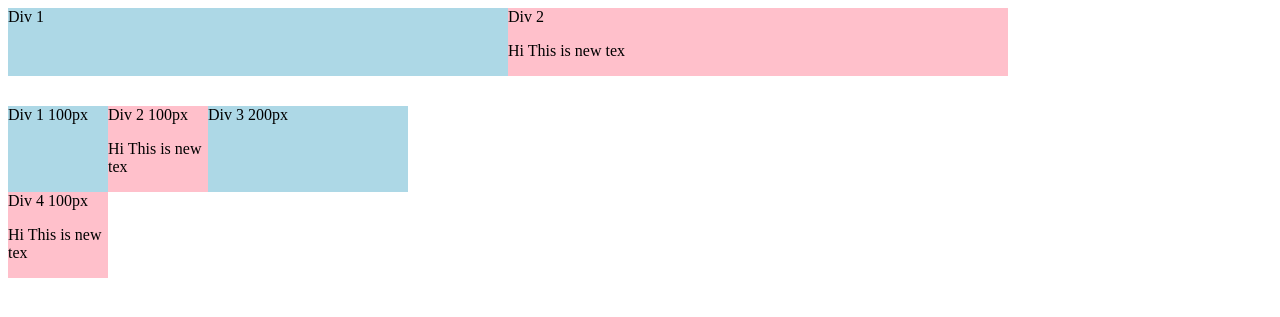
Repository: RagulRanjeeth/Frontend
Page: Exercises/Grids.html
The author's editor kept a copy of each file at every save. The page is drawn from the files as they stood at one save, then again after the next save.
The browser window is 1280 px wide. The pictures show the whole page.

Above is the page before, as saved 2026-01-25 15:57:44.

### Exercises/Grids.html
<!DOCTYPE html>
<html>
    <head>
        <title>Grid Practice</title>
    </head>
    <body>
        <div style="
        display: grid;
        grid-template-columns: 500px 500px;
        ">
            <div style="background-color: lightblue">Div 1</div>
            <div style="background-color: rgb(255, 192, 203)">Div 2 <p>Hi This is new tex</p></div>
        </div>

            <div style="
            display: grid;
            grid-template-columns: 100px 100px 200px;
            margin-top: 30px;
            ">
                <div style="background-color: lightblue">Div 1  100px</div>
                <div style="background-color: rgb(255, 192, 203)">Div 2 100px<p>Hi This is new tex</p></div>
                <div style="background-color: lightblue">Div 3 200px</div>
                <div style="background-color: rgb(255, 192, 203)">Div 4 100px<p>Hi This is new tex</p></div>
            </div>
    </body>
</html>

After the next save:
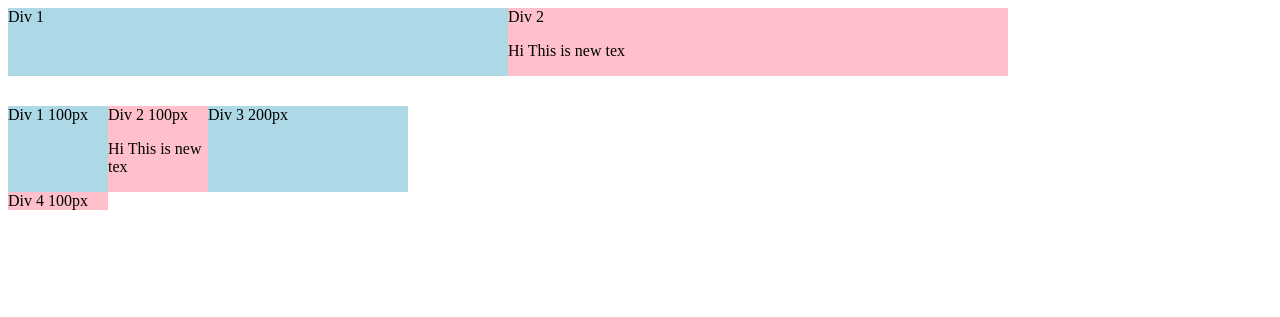
Saved 5 s later.
--- a/Exercises/Grids.html
+++ b/Exercises/Grids.html
@@ -20,7 +20,7 @@
                 <div style="background-color: lightblue">Div 1  100px</div>
                 <div style="background-color: rgb(255, 192, 203)">Div 2 100px<p>Hi This is new tex</p></div>
                 <div style="background-color: lightblue">Div 3 200px</div>
-                <div style="background-color: rgb(255, 192, 203)">Div 4 100px<p>Hi This is new tex</p></div>
+                <div style="background-color: rgb(255, 192, 203)">Div 4 100px</div>
             </div>
     </body>
 </html>
